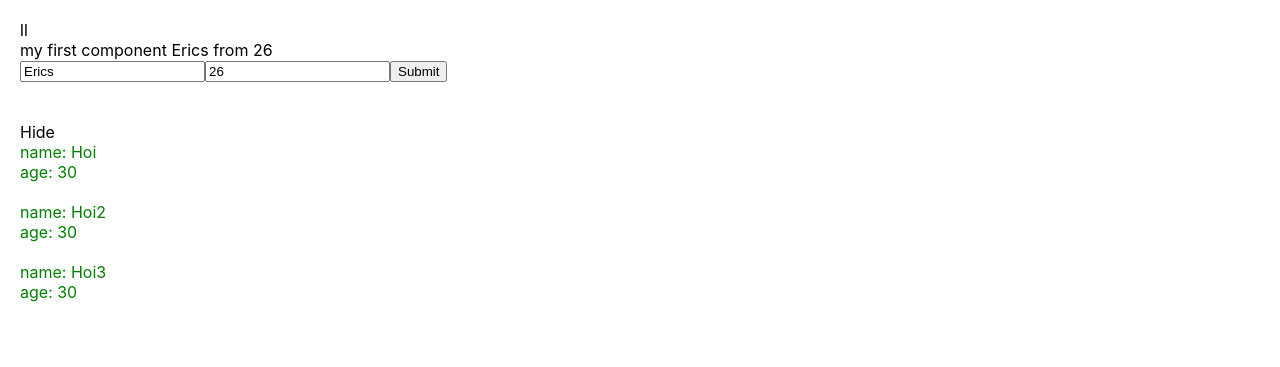
Repository: tvvn12/React-demo
Page: /
The author's editor kept a copy of each file at every save. The page is drawn from the files as they stood at one save, then again after the next save.
The browser window is 1280 px wide. The pictures show the whole page.
The project was rebuilt for these pictures with package versions that can differ from the ones it lists, and the page was loaded fresh each time.

Above is the page before, as saved 2024-03-05 15:15:53.

After the next save:
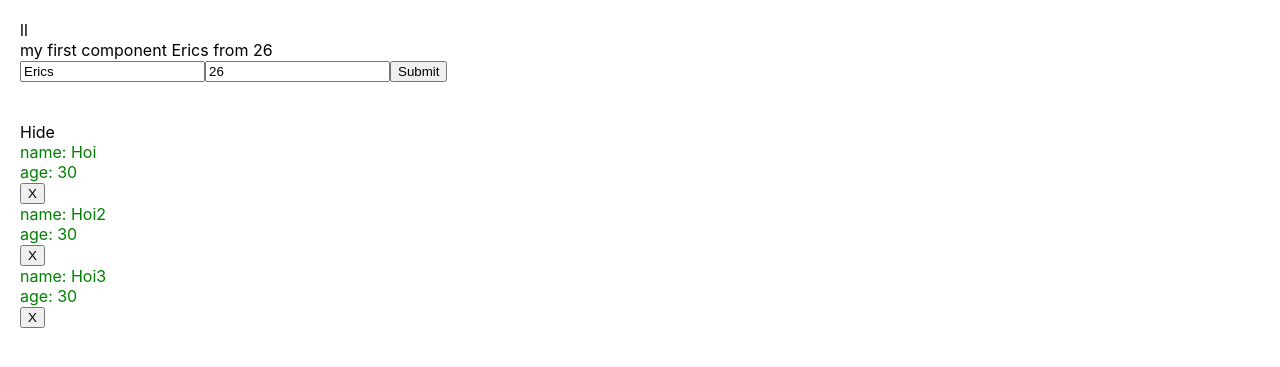
Saved 22 min 33 s later.
--- a/src/components/DisplayInfo.js
+++ b/src/components/DisplayInfo.js
@@ -31,6 +31,7 @@ class DisplayInfo extends React.Component {
                 <div key={item.id} className={+item.age > 30 ? "red" : "green"}>
                   <div className="">name: {item.name}</div>
                   <div className="">age: {item.age}</div>
+                  <button>X</button>
                   <br />
                 </div>
               );
